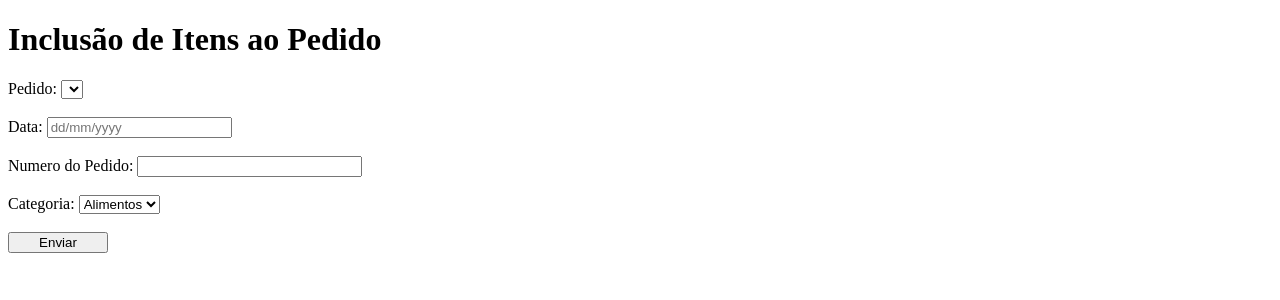
Repository: kelvincarvalho/Desenvolvimento_Java
Page: http://localhost/02_VendasJPA/cadInclusao.jsp
The author's editor kept a copy of each file at every save. The page is drawn from the files as they stood at one save, then again after the next save.
The browser window is 1280 px wide. The pictures show the whole page.
The page is served by Tomcat 9.

Above is the page before, as saved 2017-09-28 18:11:02.

After the next save:
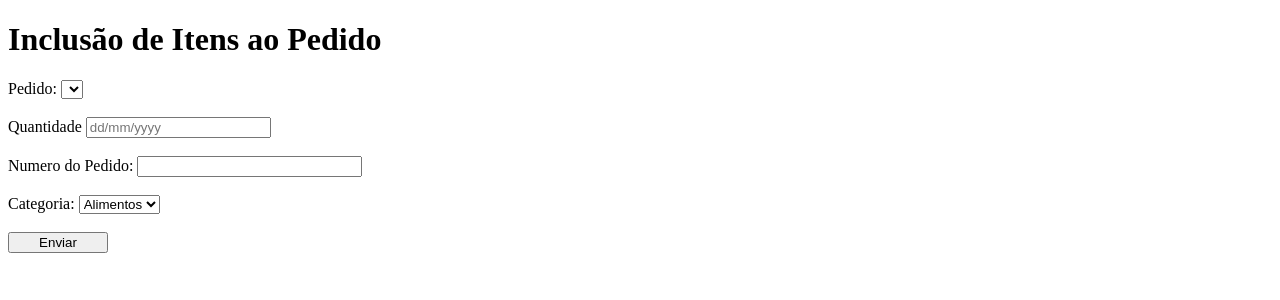
Saved 66 s later.
--- a/Modulo03/02_VendasJPA/WebContent/cadInclusao.jsp
+++ b/Modulo03/02_VendasJPA/WebContent/cadInclusao.jsp
@@ -16,11 +16,11 @@
 
 		<select name="pedido">
 			<c:forEach var="item" items="${ClienteBean.listaPedidos }">
-				<option value="${item.id}">${item.empresa }</option>
+				<option value="${item.pedidoPK}">${item.pedidoPK}</option>
 			</c:forEach>
 		</select><br/><br/>
 
-		<label>Data: </label>
+		<label>Quantidade </label>
 		<input type="text" name="dataPedido" id="dataPedido" maxlength="10" placeholder="dd/mm/yyyy"/><br/><br/>
 
 		<label>Numero do Pedido: </label>
